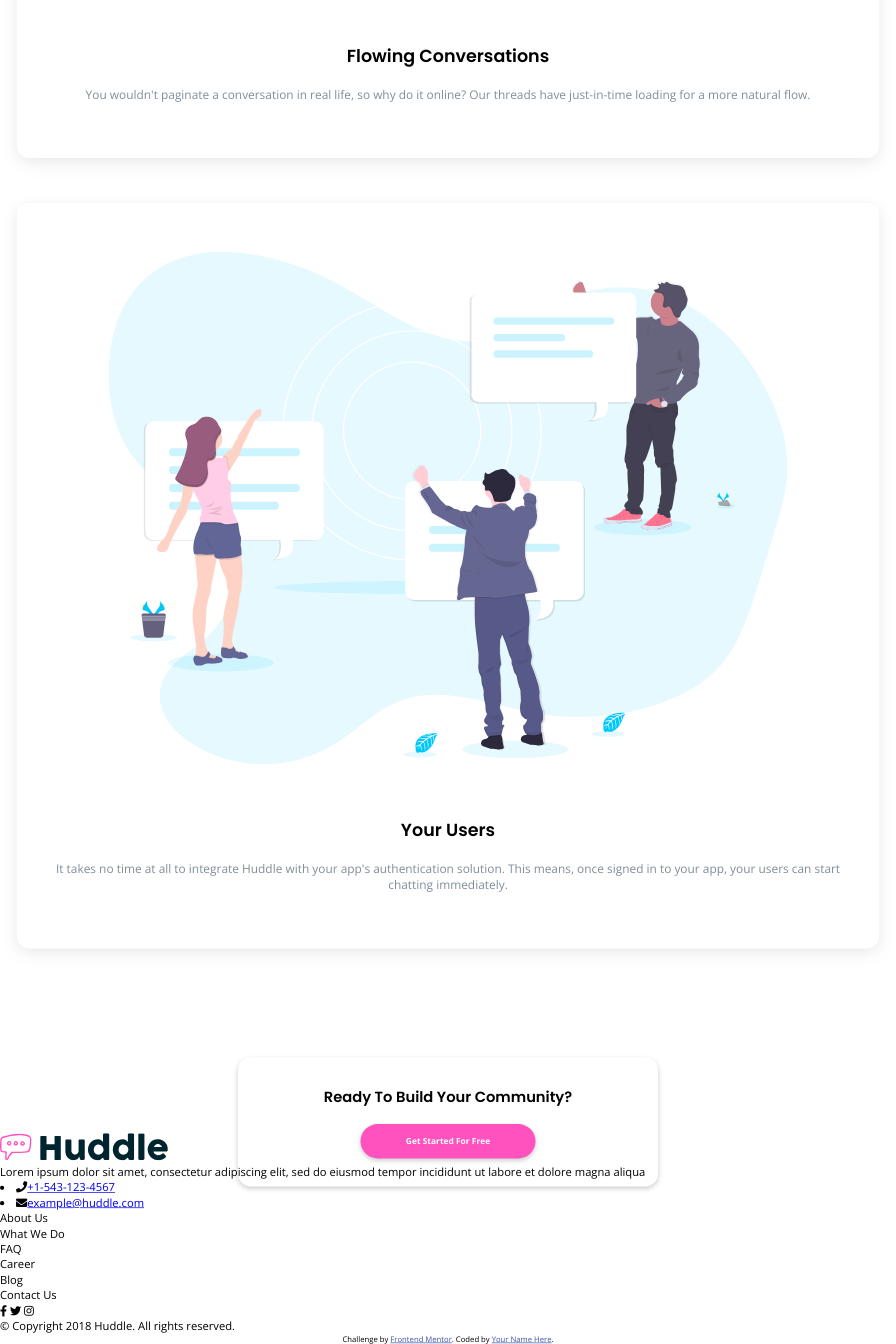
Repository: DejV44/Huddle-landing-page
Page: index.html
The author's editor kept a copy of each file at every save. The page is drawn from the files as they stood at one save, then again after the next save.
The browser window is 1280 px wide. The pictures show the part of the page from y = 3337 to 5257 px (the page is 5257 px tall), at 70% of full size.
The style sheet was rebuilt from its Sass, Less or Tailwind sources for each picture, by a compiler version that may differ from the author's.

Above is the page before, as saved 2021-08-20 08:49:25.

### index.html
<!DOCTYPE html>
<html lang="en">
<head>
  <meta charset="UTF-8">
  <meta name="viewport" content="width=device-width, initial-scale=1.0"> <!-- displays site properly based on user's device -->
  <link rel="stylesheet" href="/css/style.css">
  <link rel="stylesheet" href="/fontawesome-free-5.15.3-web/css/all.css">
  <link rel="icon" type="image/png" sizes="32x32" href="./images/favicon-32x32.png">

  <title>Frontend Mentor | Huddle landing page with alternating feature blocks</title>

</head>
<body>
  <header>
    <div class="nav">
      <div class="logo">
        <img src="/images/logo.svg" alt="logo">
      </div>
      <a href="#">Try It Free</a>
    </div>
    <content class="main">
      <article class="building">
        <h1>Build The Community Your Fans Will Love</h1>
        <h3> Huddle re-imagines the way we build communities. You have a voice, but so does your audience.
        Create connections with your users as you engage in genuine discussion.</h3>
        <a class="main-btn" href="#">Get Started For Free</a>
      </article>
      <div class="img-main">
        <img class="img" src="/images/illustration-mockups.svg" alt="">
      </div>
    </content>

  </header>
  <section class="cards">
    <div class="card-one">
      <div class="img-cards">
        <img src="/images/illustration-grow-together.svg" alt="">
      </div>
      <content class="card">
        <h2>Grow Together</h2>
        <p>Generate meaningful discussions with your audience and build a strong, loyal community.
        Think of the insightful conversations you miss out on with a feedback form.</p>
      </content>
    </div>
    <div class="card-two">
      <div class="img-cards">
        <img src="/images/illustration-flowing-conversation.svg" alt="">
      </div>
      <content class="card">
        <h2>Flowing Conversations</h2>
        <p>You wouldn't paginate a conversation in real life, so why do it online? Our threads
        have just-in-time loading for a more natural flow.</p>
      </content>
    </div>
    <div class="card-three">
      <div class="img-cards">
        <img src="/images/illustration-your-users.svg" alt="">
      </div>
      <content class="card">
        <h2>Your Users</h2>
        <p>It takes no time at all to integrate Huddle with your app's authentication solution.
        This means, once signed in to your app, your users can start chatting immediately.</p>
      </content>
    </div>
    <container class="ready">
      <h2>Ready To Build Your Community?</h2>
      <a href="#">Get Started For Free</a>
    </container>
  </section>
  <footer>
    <container class="footer">
      <div class="section1">
        <img src="/images/logo.svg" alt="logo">
        <p>Lorem ipsum dolor sit amet, consectetur adipiscing elit, sed do eiusmod tempor
        incididunt ut labore et dolore magna aliqua</p>
        <li><i class="fa fa-phone" aria-hidden="true"></i><a href="tel:+1-543-123-4567">+1-543-123-4567</a></li>
        <li><i class="fa fa-envelope" aria-hidden="true"></i><a href="example@huddle.com">example@huddle.com</a></li>
      </div>
      <div class="section2">
        <ul>
          <li>About Us</li>
          <li>What We Do</li>
          <li>FAQ</li>
        </ul>
      </div>
      <div class="section3">
        <ul>
          <li>Career</li>
          <li>Blog</li>
          <li>Contact Us</li>
        </ul>
      </div>
      <div class="copyright">
        <div class="social">
          <span><i class="fab fa-facebook-f"></i></span>
          <span><i class="fab fa-twitter"></i></span>
          <span><i class="fab fa-instagram"></i></span>
        </div>
        <p>&copy; Copyright 2018 Huddle. All rights reserved.</p>
      </div>
    </container>
  </footer>













  <footer>
    <p class="attribution">
      Challenge by <a href="https://www.frontendmentor.io?ref=challenge" target="_blank">Frontend Mentor</a>.
      Coded by <a href="#">Your Name Here</a>.
    </p>
  </footer>
</body>
</html>

### css/style.scss
* {
    margin: 0;
    padding: 0;
    //font-family: 'Poppins', sans-serif;
    -webkit-font-smoothing: antialiased;
}

body {
    font-family: 'Open Sans', sans-serif;
}

// ---FONTS---
@import url('https://fonts.googleapis.com/css2?family=Open+Sans:wght@400;700&display=swap');
@import url('https://fonts.googleapis.com/css2?family=Poppins:wght@600&display=swap');

@import "variables";
@import "mixin";

@import "cards";
@import "header";
@import "footer";

### css/_variables.scss
$Pink: hsl(322, 100%, 66%);
$VeryPaleCyan: hsl(193, 100%, 96%);
$VeryDarkCyan: hsl(192, 100%, 9%);
$GrayishBlue: hsl(208, 11%, 55%);

### css/_mixin.scss
@mixin cards {
    display: flex;
    flex-direction: column;
    margin: 4rem auto;
    text-align: center;
    box-shadow: rgba(17, 17, 26, 0.048) 0px 4px 16px, rgba(17, 17, 26, 0.05) 0px 8px 32px;
    border-radius: 18px;
    align-items: center;



    .card {
        display: block;
        margin: auto 3rem;
        h2 {
            padding-bottom: 1.5rem;
            font-size: 25px;
            font-family: 'Poppins', sans-serif
        }
        p {
            display: block;
            font-size: 17px;
            color: $GrayishBlue;
            padding-bottom: 3rem;
            margin-bottom: 2rem;

        }
    }
    .img-cards {
        display: block;
        padding: 30px 50px;
        margin: auto;

            img {
                width: 90%;
                margin: 40px auto;
            }
    }
}

### css/_cards.scss
.cards {
    padding: 1rem 1.5rem;
    margin: 0 auto;
    box-sizing: border-box;


    .card-one, .card-two, .card-three {
        @include cards;
    }

    .ready {
        display: block;
        box-sizing: border-box;
        text-align: center;
        transform: translateY(50%);

        margin: 0 auto;
        padding: 1rem 1rem;
        box-shadow: rgba(39, 39, 39, 0.24) 0px 3px 8px;
        max-width: 600px;
        text-align: center;
        align-items: center;
        border-radius: 18px;
        h2 {
            font-size: 21px;
            font-family: 'Poppins', sans-serif;
            margin: 1.5rem auto;
        }

        a {
            display: block;
            text-decoration: none;
            font-weight: 600;
            font-size: 12px;
            margin: 1.5rem auto;
            padding: 1rem 0;
            max-width: 250px;
            border-radius: 30px;
            background: $Pink;
            color: white;
            box-shadow: rgba(39, 39, 39, 0.24) 0px 3px 8px;
        }
    }

}

### css/_header.scss
header {
    background: url(/images/bg-hero-mobile.svg);
    background-color: rgb(241, 241, 255);
    background-size: contain;
    background-position: center;
    background-repeat: no-repeat;
    text-align: center;

    .nav {
        display: flex;
        justify-content: space-between;
        padding: 2rem 1.6rem;


        img {
            width: 120px;
        }

        a {
            text-decoration: none;
            font-size: 13px;
            font-weight: 600;
            margin-top: -4px;
            padding: 0.3rem 1.7rem;
            background-color: white;
            border-radius: 25px;
            box-shadow: rgba(99, 99, 99, 0.24) 0px 3px 8px;
        }

    }
    .main {

        margin: 0 auto;

        .building {
            margin: 4rem 3rem 2rem 3rem;



            h1 {
                margin: 0 1rem;
                font-size: 28px;
                font-family: 'Poppins', sans-serif
            }

            h3 {
                font-weight: 400;
                font-size: 18px;
                margin: 1.5rem 0;
                line-height: 30px;
            }

            .main-btn {

                display: block;
                text-decoration: none;
                font-weight: 600;
                font-size: 12px;
                margin: 1.5rem auto;
                padding: 1rem 0;
                max-width: 280px;
                border-radius: 30px;
                background: $Pink;
                color: white;
                box-shadow: rgba(39, 39, 39, 0.24) 0px 3px 8px;
            }

        }
        .img-main {
            padding: 15px 50px;

            .img {
                width: 100%;
                margin-bottom: 40px;
            }
        }
    }


}

### css/_footer.scss
foother {
    background-color: $VeryDarkCyan;
}




.attribution {
    font-size: 11px; text-align: center;
}
.attribution a {
    color: hsl(228, 45%, 44%);
}

Loaded but not shown: fontawesome-free-5.15.3-web/css/all.css (library)

After the next save:
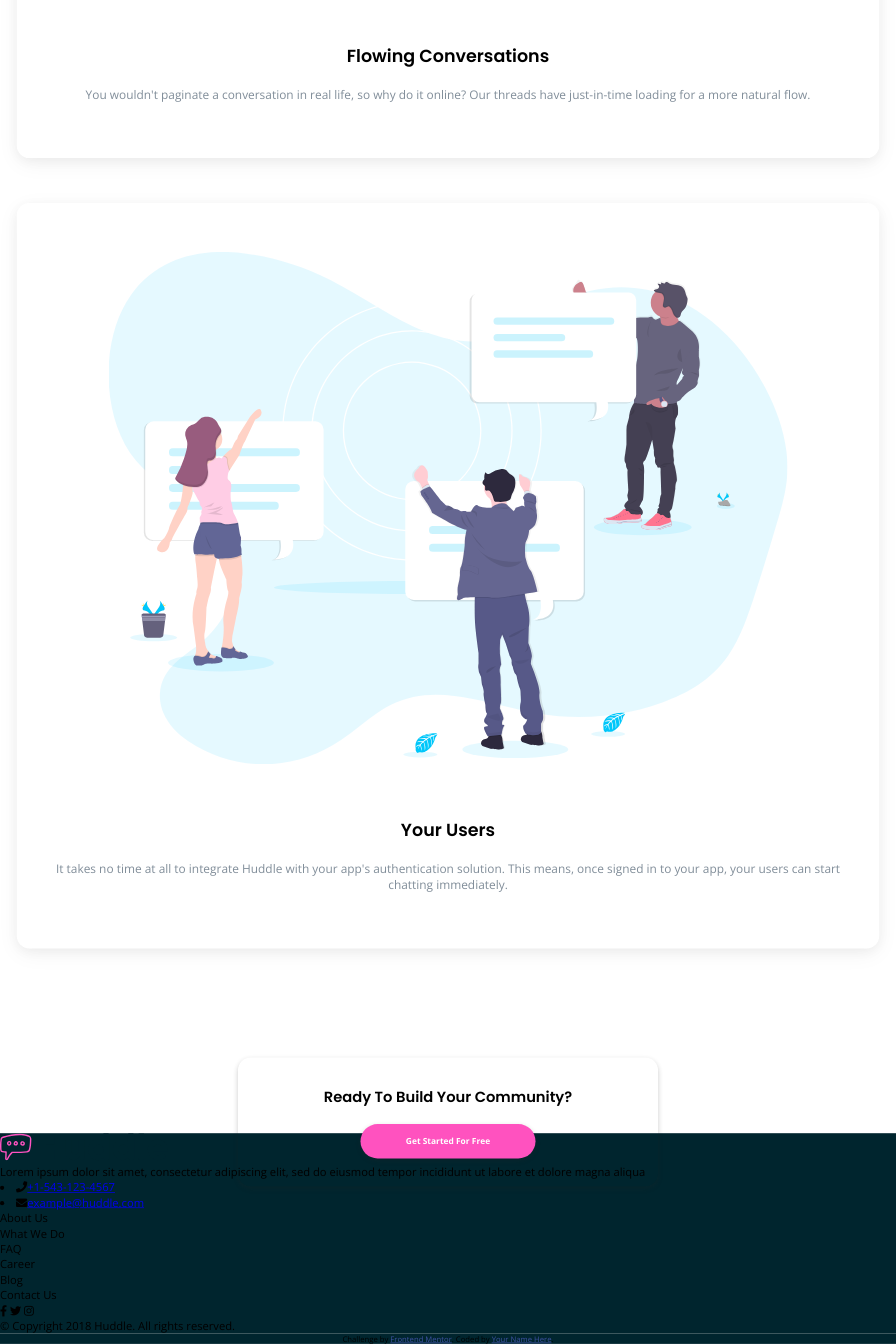
Saved 2 s later.
--- a/css/_footer.scss
+++ b/css/_footer.scss
@@ -1,4 +1,4 @@
-foother {
+footer {
     background-color: $VeryDarkCyan;
 }
 
